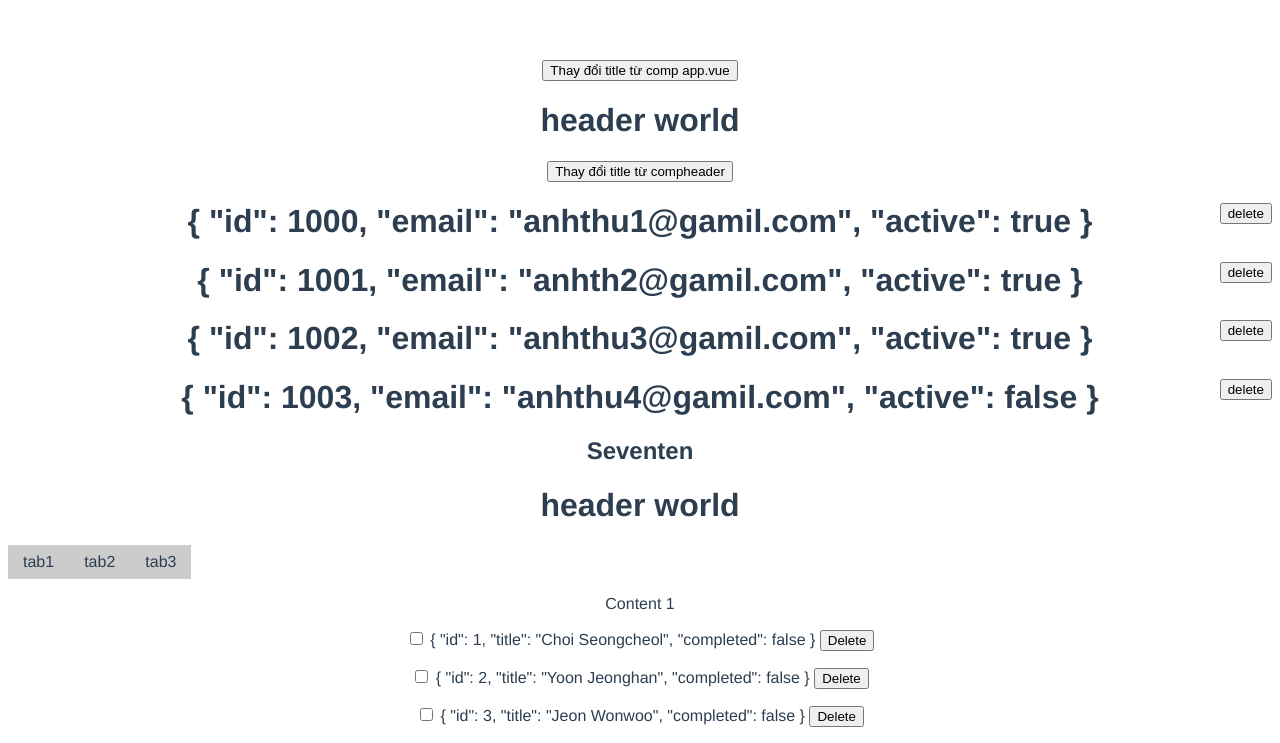
Repository: anhthu112/Todo-list
Page: /
An editor plug-in stored every save of this project. The page is shown before and after the next save, followed by the edit.
The browser window is 1280 px wide. The pictures show the whole page.
The project was rebuilt for these pictures with package versions that can differ from the ones it lists, and the page was loaded fresh each time. Also part of the build but not shown: vue.config.js.

Above is the page before, as saved 2024-01-29 23:34:19.

### src/App.vue
<template>
  <div class="container">
    <button v-on:click="title='Yoon Jeonghan'">Thay đổi title từ comp app.vue</button>
    <CompHeader v-bind:titles="title"
    v-on:changeTitleEvents="changeTitleEvent"
    />
    <ListUser v-bind:listUser="listUser" v-bind:text="textSvt"
    v-on:deleteEvent="handleDeleteUser"
    />
    <ComFooter v-bind:title="title"/>
    <DemoRef>
      <p>mệt quá em muốn về nhà</p>
    </DemoRef>
  </div>
  <CompTodo/>

</template>

<script>
import CompHeader from './components/CompHeader.vue';
import ComFooter from './components/ComFooter.vue';
import ListUser from './components/ListUser.vue';
import DemoRef from './components/DemoRef.vue';
import CompTodo from './components/CompTodo.vue'
export default {
  name: 'App',
  data(){
    return {
      title:'header world',
      listUser : [
        {id:1000, email:'anhthu1@gamil.com', active: true},
        {id:1001, email:'anhth2@gamil.com', active: true},
        {id:1002, email:'anhthu3@gamil.com', active: true},
        {id:1003, email:'anhthu4@gamil.com', active: false}
      ],
      textSvt: "Seventen",
    }
  },
  components: {
    CompHeader,
    ComFooter,
    ListUser,
    DemoRef,
    CompTodo,
},
  methods:{
    changeTitleEvent(){
      console.log('sucess');
      this.title="Hello Anna";
    },
    handleDeleteUser(data) {
  console.log('mit moi', data);
  this.listUser = this.listUser.filter(a => a.id !== data.id);
  console.log(this.listUser);
}

  }
}
</script>

<style>
#app {
  font-family: Avenir, Helvetica, Arial, sans-serif;
  -webkit-font-smoothing: antialiased;
  -moz-osx-font-smoothing: grayscale;
  text-align: center;
  color: #2c3e50;
  margin-top: 60px;
}
</style>

### src/components/CompHeader.vue
<template>
    <header>
        <h1>{{ titles }}</h1>
    </header>
    <button v-on:click="changeHeader">Thay đổi title từ compheader</button>
</template>
<script>
    export default{
        name: 'comp-header',
        props:{
            titles: String,
        },
        data (){
            return {
            }
        },
        methods:{
            changeHeader(){
                console.log('before');
                this.$emit('changeTitleEvents');
                console.log('after');
            }
        }
    }
</script>

### src/components/ComFooter.vue
<template>
    <footer>
            <h1>{{ title }}</h1>
    </footer>

</template>
<script>
    export default{
        name: 'comp-footer',
        props: {
            title: String,
        }
    }
</script>

### src/components/ListUser.vue
<template>
    <div class="list-user">
      <User v-for="users in listUser" v-bind:key="users.id" v-bind:user="users"
      v-on:deleteUsert="deleteUser"
       />
      <h2> {{ text }}</h2>
    </div>
</template>

  <script>
  import User from './User.vue';
  export default {
    name: 'ListUser',
    props: {
      listUser: {
        type: Array,
      },
      text: {
        type: String,
      }
    },
    components: {
      User,
    },
    methods:{
      deleteUser(data){
        this.$emit('deleteEvent', data)
        console.log('delete trong listuser',data)
      }
    }
  };
  </script>

### src/components/DemoRef.vue
<template>
    <CompTask>
        <ul class='tabs-header'>
            <li v-for="(item,index) in tabsHeader"
            v-bind:key="index"
            v-on:click="changeTab(index)"
            v-bind:class="{active: tabActive==index}"
            >{{ item.text }}</li>
        </ul>
        <div class="tab-content tab1" v-if="tabActive === 0">
            <p>Content 1</p>
        </div>
        <div class="tab-content tab2"  v-if="tabActive === 1">
            <p>Content 2</p>
        </div>
        <div class="tab-content tab3"  v-if="tabActive === 2">
            <p>Content 3</p>
        </div>
    </CompTask>
</template>

<script>
import CompTask from './CompTask.vue'
export default {
    name: 'demo-slot',
    components: {
        CompTask
    },
    data(){
        return {
            tabsHeader:[
                {text: 'tab1'},
                {text: 'tab2'},
                {text: 'tab3'},

            ],
            tabActive : 0
        }
    },
    methods: {
            changeTab(index){
                this.tabActive=index;
            }
        }
}
</script>
<style>
    .active{
        background: #000;
    }
</style>

### src/components/CompTodo.vue
<template>
  <TodoItem v-for="todo in todo" v-bind:key="todo.id" v-bind:todoProps="todo"/>
</template>
<script>
import TodoItem from './TodoItem.vue'
import {ref} from 'vue'
export default {
    name: 'ToDo',
    setup(){
        const todo = ref (
            [
                {id:1,
                title: "Choi Seongcheol",
                completed: false,
            },
            {id:2,
                title: "Yoon Jeonghan",
                completed: false,
            },
            {id:3,
                title: "Jeon Wonwoo",
                completed: false,
            },
            ]
        )
        return {
            todo
        }
    },
    components: {
        TodoItem,
    }
}
</script>

<style>

</style>

### src/components/User.vue
<template>
    <div class="user">
        <h1>{{ user }}</h1>
        <button class="delete"
        v-on:click="handleDelete"
        >delete</button>
    </div>
</template>
<script>
    export default {
        name: 'userComponent',
        props:{
            user : {
                type: Object,
            }
        },
        methods:{
            handleDelete(){
                var data ={
                    id: this.user.id
                }
                console.log('hello');
                this.$emit('deleteUsert',data)
            }
        },
        data (){
            return {

            }
        }
    }
</script>
<style>
    .user{
        position: relative;
    }
    .delete{
        position: absolute;
        top:0;
        right:0;
    }
</style>

### src/components/CompTask.vue
<template>
    <h1>{{ title }}</h1>
    <slot></slot>
</template>

<script>
export default {
    name: 'comp-task',
    props:{
        title: String,
    },
    data (){
        return {

        }
    },
    methods: {

    }
}
</script>

<style>
    .tabs-header{
        margin:0;
        padding:0;
        display:flex;
        list-style: none;
    }
    .tabs-header li{
        padding: 8px 15px;
        background: #ccc;
        cursor: pointer;
    }
    .tabs-header li:hover{
        background: #333;
        color:#fff;
    }
</style>

### src/components/TodoItem.vue
<template>
  <p>
    <input type="checkbox">
    {{ todoProps }}
    <button class="btn-delete">Delete</button>
</p>

</template>

<script>
export default {
    name:'todo-item',
    props:['todoProps']
}
</script>

<style>

</style>

Loaded but not shown: public/index.html (common file); src/main.js (common file)

After the next save:
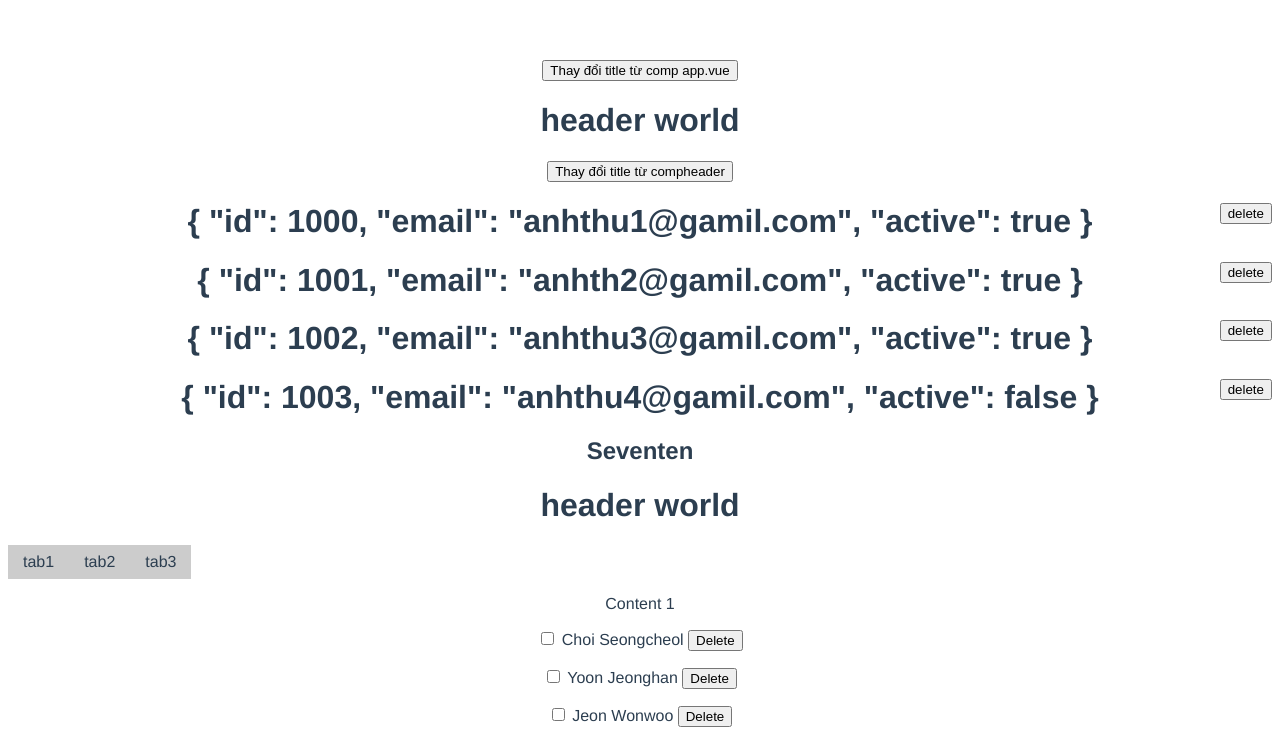
Saved 16 s later.
--- a/src/components/TodoItem.vue
+++ b/src/components/TodoItem.vue
@@ -1,7 +1,7 @@
 <template>
   <p>
     <input type="checkbox">
-    {{ todoProps }}
+    {{ todoProps.title }}
     <button class="btn-delete">Delete</button>
 </p>
 
